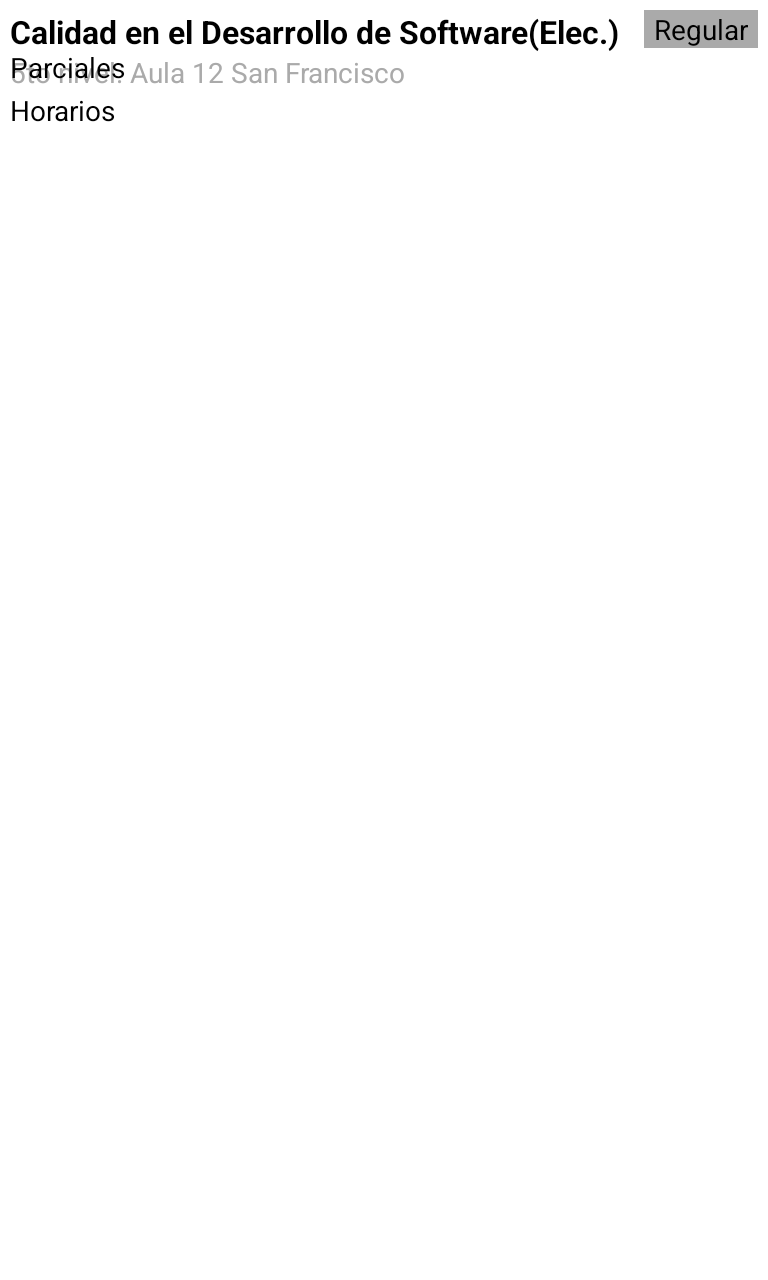
Repository: juanpablobono/Sysacadalumnos
Layout: Sysacad/res/layout/lst_cursado_item.xml
These files come from the project's save history. The layout is drawn as it stood at one moment and after the next save; the edit follows.
It is drawn on a 768 x 1280 px phone screen (xhdpi) without system bars, with theme temaSysacad; the app's code is not run.

Above is the layout before, as saved 2014-07-07 13:46:19.

After the next save:
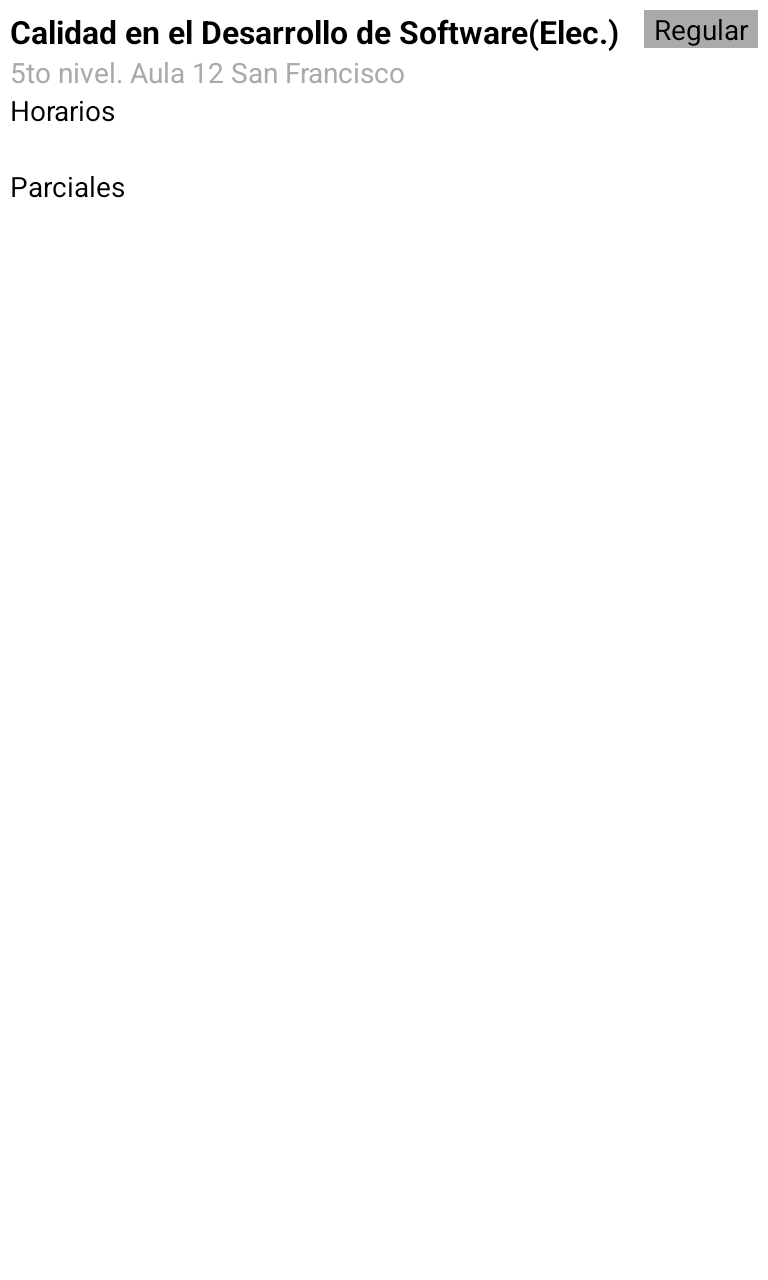
Saved 4 s later.
--- a/Sysacad/res/layout/lst_cursado_item.xml
+++ b/Sysacad/res/layout/lst_cursado_item.xml
@@ -71,7 +71,7 @@
         android:id="@+id/lblHorarios"
         android:layout_width="wrap_content"
         android:layout_height="wrap_content"
-        android:layout_below="@+id/viewSeparadorHorarios"
+        android:layout_below="@+id/lblForHorarios"
         android:text="" />
 
     <TextView
